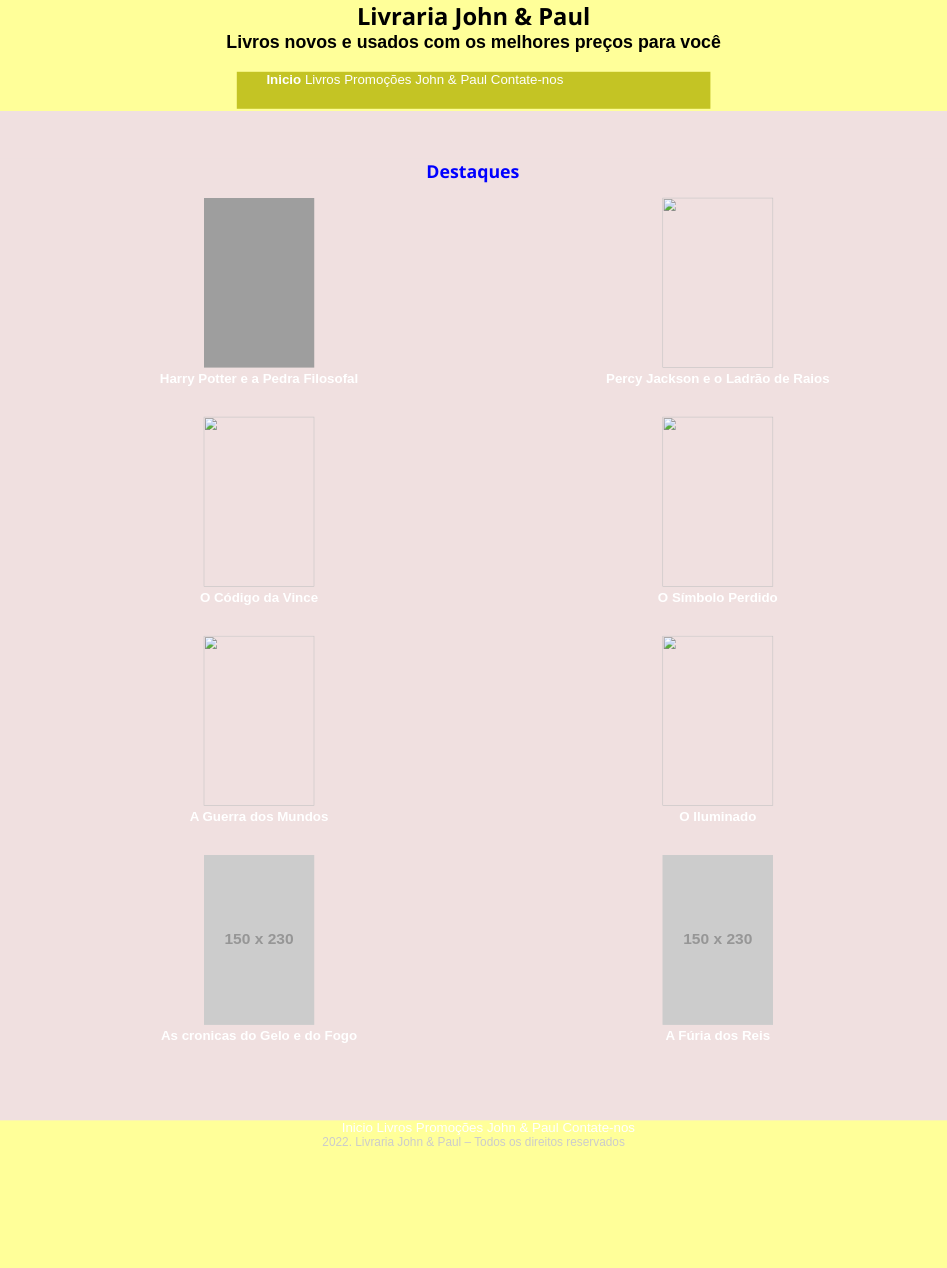
Repository: MarcoantonioCaldeira/Site-livraria-John-e-Paul
Page: index.html
An editor plug-in stored every save of this project. The page is shown before and after the next save, followed by the edit.
The browser window is 1280 px wide. The pictures show the whole page, at 74% of full size.
Pictures or frames that could not be fetched are drawn as grey boxes.

Above is the page before, as saved 2022-09-24 17:37:44.

### index.html
<!doctype html>
<html dir="ltr" lang="pt-BR">
<head>
   <meta charset="utf-8">
   <meta name="viewport" content="width=device-width, initial-scale=1.0">

   <title>Meu Primeiro Projeto</title>
   <link rel="stylesheet" href="css/estilo.css">
</head>
<body>
<header id="topo">
   <h1 class="center"> Livraria John & Paul</h1>
   <h2 class="center">Livros novos e usados com os melhores preços para você</h2>
   <nav id="menu">
      <ul >
         <li><strong><a href="index.html">Inicio</a></strong></li>
         <li><a href="produtos.html">Livros</a></li>
         <li><a href="#">Promoções</a></li>
         <li><a href="sobre.html">John & Paul</a></li>
         <li><a href="contato.html">Contate-nos</a></li>
      </ul>
   </nav>
</header>
</label>


</nav>
<section class="destaques">
   <h2 style="color:blue" class="h2_destaque"> Destaques </h2>
   <ul>
      <li>
         <img src="images/" width="150" height="230" alt="">
         <a href="#"><strong>Harry Potter e a Pedra Filosofal</strong></a>
      </li>
      <li>
         <img src="" width="150" height="230" alt="">
         <a href="#"><strong>Percy Jackson e o Ladrão de Raios</strong></a>
      </li>
      <li>
         <img src="" width="150" height="230" alt="">
         <a href="#"><strong>O Código da Vince</strong></a>
      </li>
      <li>
         <img src="" width="150" height="230" alt="">
         <a href="#"><strong>O Símbolo Perdido</strong></a>
      </li>
      <li>
         <img src="" width="150" height="230" alt="">
         <a href="#"><strong>A Guerra dos Mundos</strong></a>
      </li>
      <li>
         <img src="" width="150" height="230" alt="">
         <a href="#"><strong>O Iluminado</strong></a>
      </li>
      <li>
         <img src="http://placehold.co/150x230" width="150" height="230" alt="">
         <a href="#"><strong>As cronicas do Gelo e do Fogo</strong></a>
      </li>
      <li>
         <img src="http://placehold.co/150x230" width="150" height="230" alt="">
         <a href="#"><strong>A Fúria dos Reis</strong></a>
      </li>
   </ul>
</section>
<footer id="rodape">
   <ul class="ul_rodape">
      <li><a href="index.html">Inicio</a></li>
      <li><a href="produtos.html">Livros</a></li>
      <li><a href="#">Promoções</a></li>
      <li><a href="sobre.html">John & Paul</a></li>
      <li><a href="contato.html">Contate-nos</a></li>
   </ul>
   <p>2022. Livraria John & Paul – Todos os direitos reservados</p>
</footer>

</body>
</html>

### css/estilo.css
/* Import font from google */
@import url(http://fonts.googleapis.com/css?family=Open+Sans:400,300,700);

*{
   margin: 0;
}


body{
   background-color:  rgb(240, 224, 224);
   font-family: sans-serif;
   margin: 0;
   padding: 0;
}
h1,h3,h4,h5,h6{
   font-family: 'Open Sans', sans-serif;
}

.h2_destaque{
   margin-left: 45%;
   margin-top: 5%;
   font-family: 'Open Sans', sans-serif;
}

#topo{
   background-color: #ffff99;
   width: 100%;
   height:150px;
   margin:0 auto;
}

.destaques{
   background-color: rgb(240, 224, 224);
   width: 100%;
   height:1300px;
}


#menu{
   width:50%;
   margin-top: 2%;
   margin-left: 25%;
   height:50px;
   background-color: #c4c424;
}

a{
   text-decoration: none;
   font-family: arial;
   color:white;
}

#menu li{
   display:inline;
}
.destaques li{
   width: 50%;
   float: left;
   text-align: center;
   list-style: none;
   padding: 20px 0;
}

ul{


   color: white;
   font-size: 18px;
}


.destaques li strong{
   width: 100%;
   display: block;
}
.center{
   text-align: center;
}
table, tr, td{
   border: 1px solid #000;
}
table{
   background-color: #ddd;
}
form fieldset{
   border: none;
}
form legend{
   text-transform: uppercase;
   font-size: 1.2em;
   padding: 0;
   width: 100%;
   border-bottom: 1px solid #555;
}
form label, form input:not([type=checkbox]), form select, form textarea{
   width: 100%;
}
form div{
   width: 48%;
   margin: 0 1%;
   height: 180px;
   float: left;
}
button{
   padding: 10px 20px;
   background-color: blue;
   color: #fff;
   border: none;
   -webkit-border-radius: 5px;
   -moz-border-radius: 5px;
   border-radius: 5px;
}
#rodape{
   width: 100%;
   height: 200px;
   background-color:  #ffff99;
   color: #ccc;
   float: left;
   text-align: center;
}

li {
   display: inline;
}

















@media  screen and (max-width: 750px){


   #main-menu {
      display: none;
    }
    #hamburger-menu {
      display: inline;
    }

   h2.center, h1.center{
      font-size: 19px;
      color: blue;
   }

   h2.h2_destaque{
      margin-left: 40%;
   }

   ul#ul_rodape{
      color: red;
   }

   p{
      color: black;
      margin-top: 20%;
      margin-left: 4%;
   }

}

After the next save:
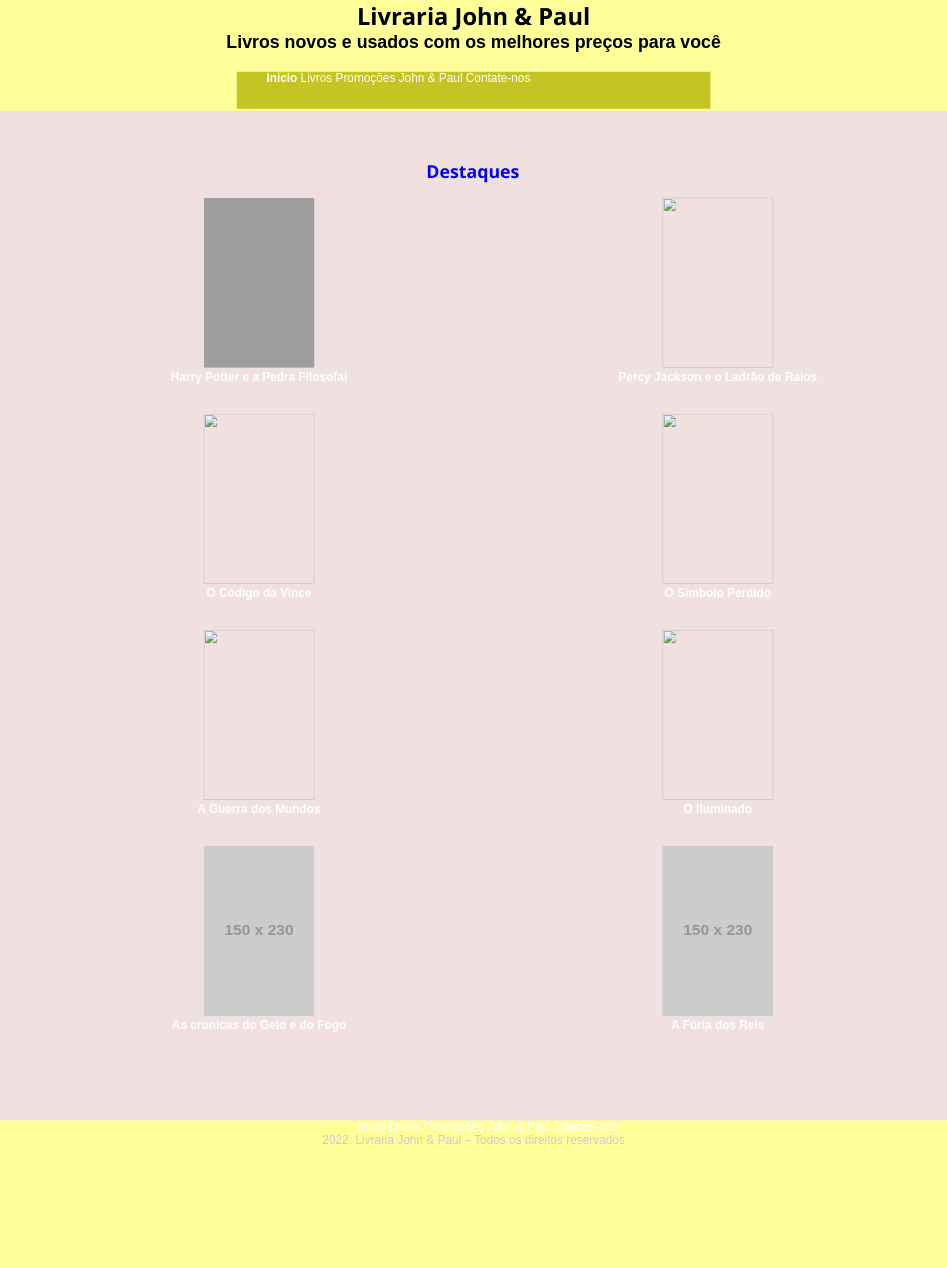
Saved 6 s later.
--- a/css/estilo.css
+++ b/css/estilo.css
@@ -64,8 +64,8 @@
 ul{
 
 
-   color: white;
-   font-size: 18px;
+
+
 }
 
 

After the save that followed:
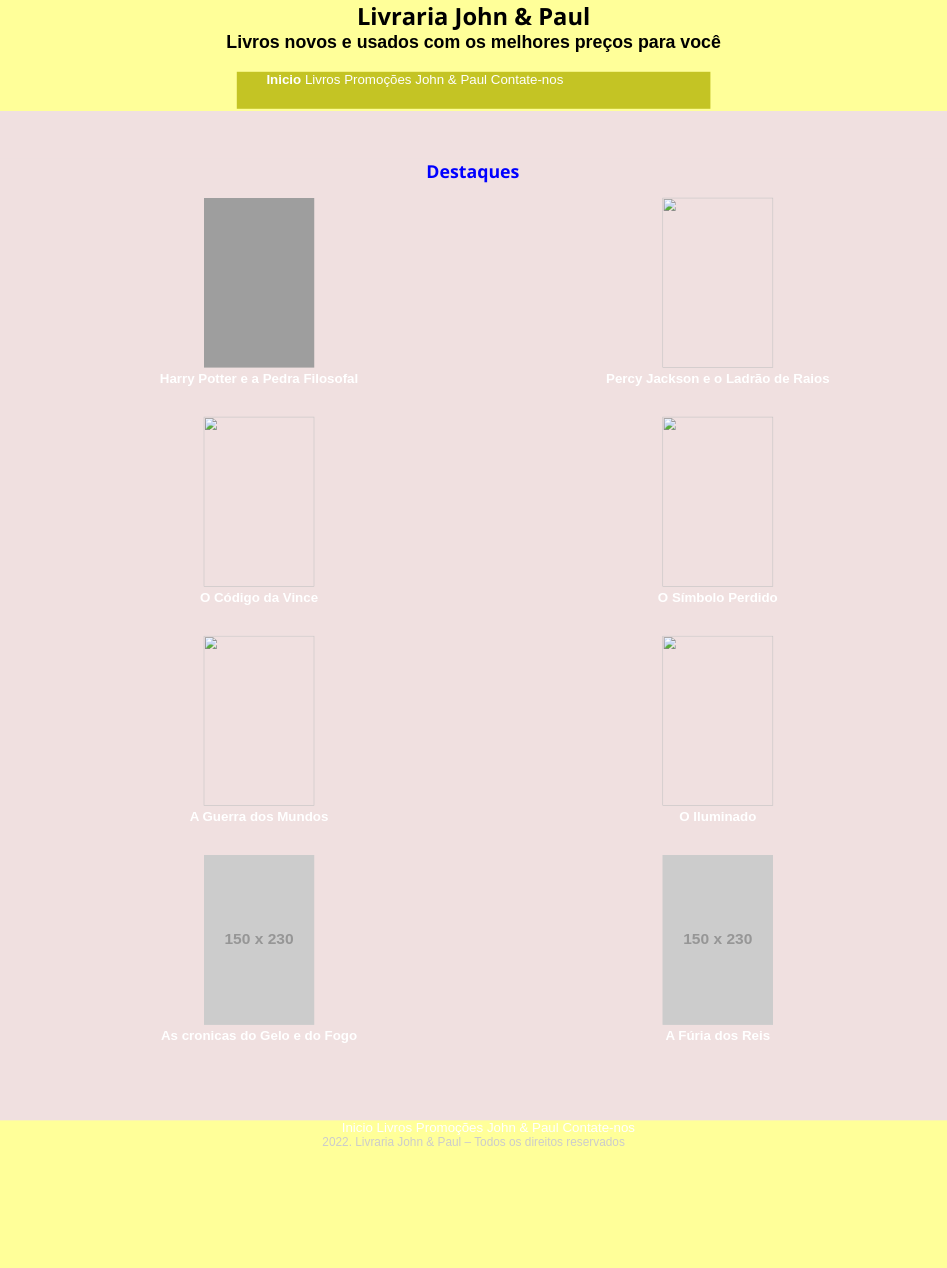
Saved 4 s later.
--- a/css/estilo.css
+++ b/css/estilo.css
@@ -65,7 +65,7 @@
 
 
 
-
+   font-size: 18px;
 }
 
 
